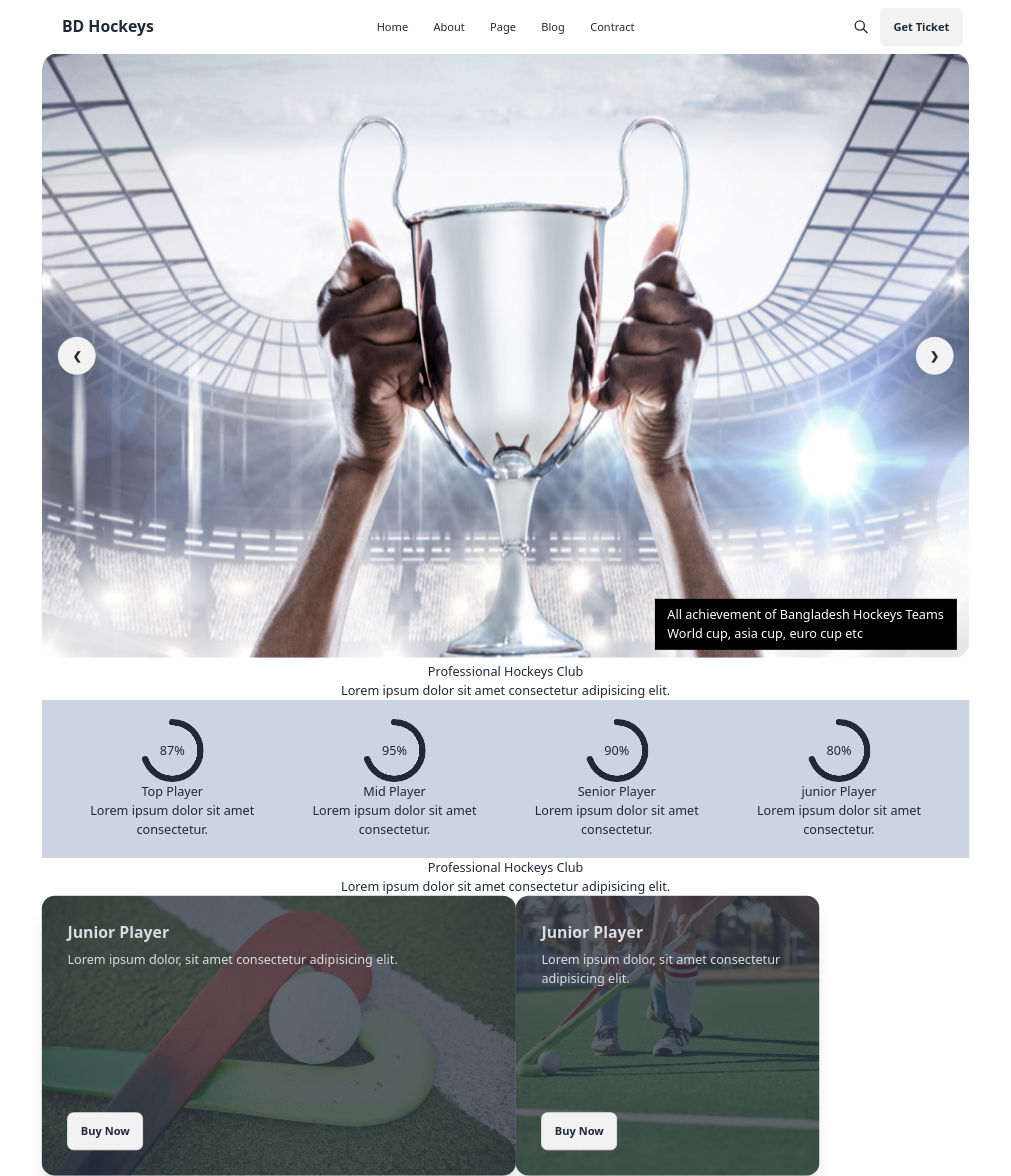
Repository: sumonkumarsarkar/bd-hockeys-team
Page: index.html
The author's editor kept a copy of each file at every save. The page is drawn from the files as they stood at one save, then again after the next save.
The browser window is 1280 px wide. The pictures show the whole page, at 79% of full size.
Some web libraries are served in a nearby version.

Above is the page before, as saved 2024-01-23 13:31:51.

After the next save:
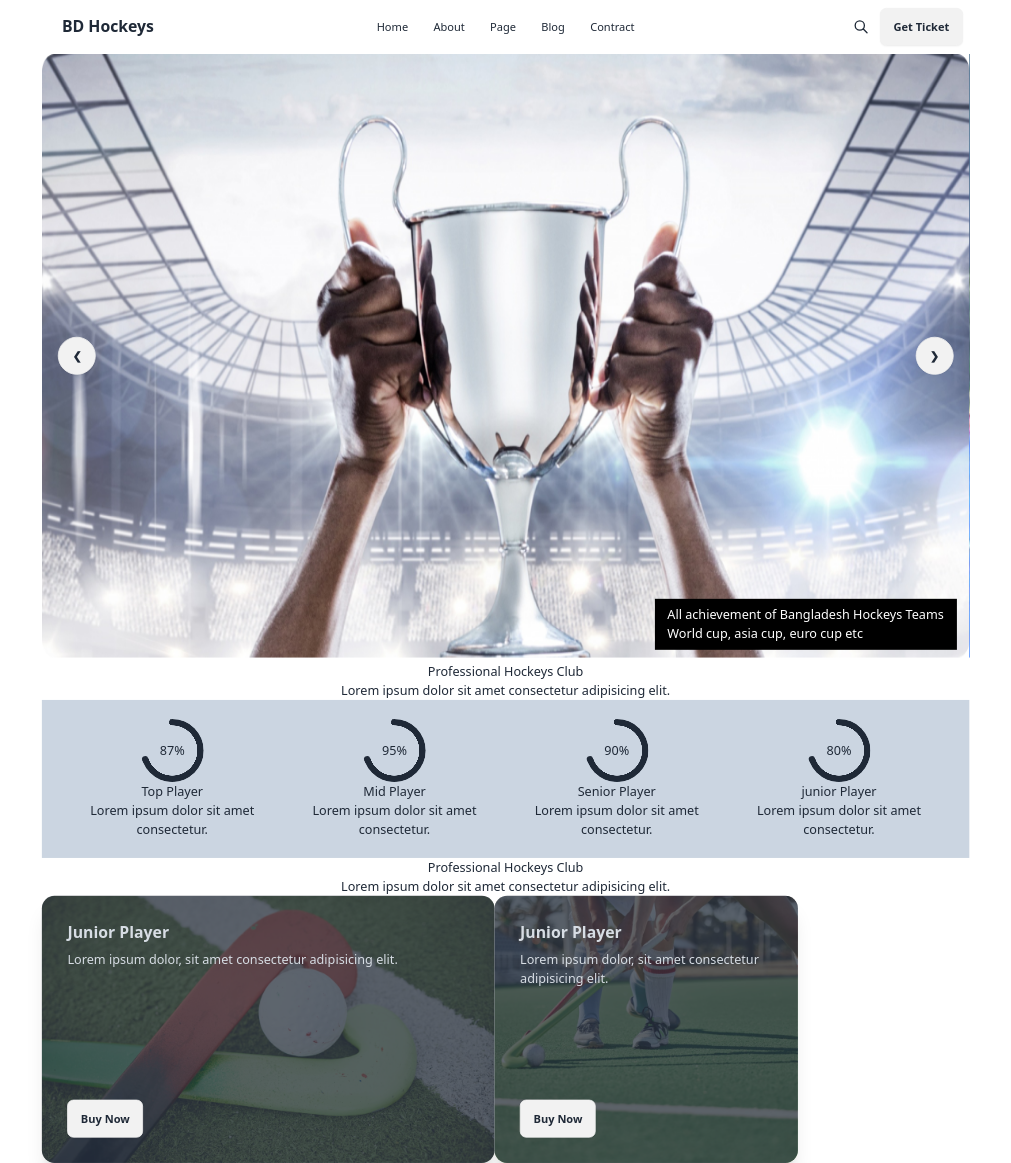
Saved 11 s later.
--- a/index.html
+++ b/index.html
@@ -144,7 +144,7 @@
  <!-- banner part  -->
 <div class="flex">
     <div class="card bg-base-100 shadow-xl image-full">
-        <figure><img src="./Images/2.png" alt="player" class="w-[600px] h-[500px]"/></figure>
+        <figure><img src="./Images/2.png" alt="player"/></figure>
         <div class="card-body">
           <h2 class="card-title">Junior Player</h2>
           <p>Lorem ipsum dolor, sit amet consectetur adipisicing elit.</p>
